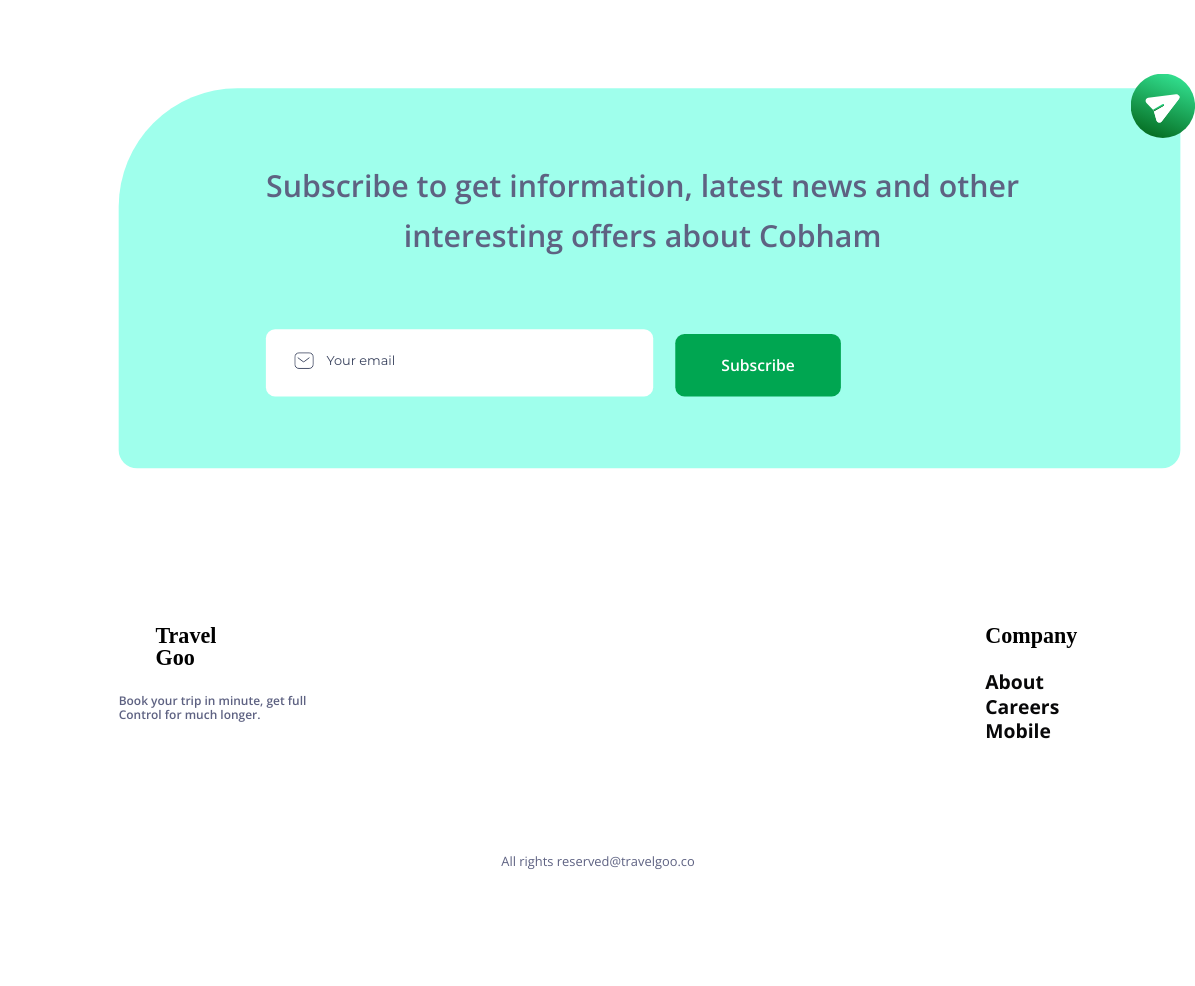
Repository: HeybetzadeQedim/task-5
Page: index.html
These files come from the project's save history. The page is drawn as it stood at one moment and after a run of saves; the edit follows.
The browser window is 1280 px wide. The page is 1299 px wide, so the pictures cover 1299 px, including what lies to the right of the window. The pictures show the whole page, at 92% of full size.
Some web fonts or font styles are not loaded; a fallback is used.

Above is the page before, as saved 2023-10-16 15:59:48.

After the next 2 saves:
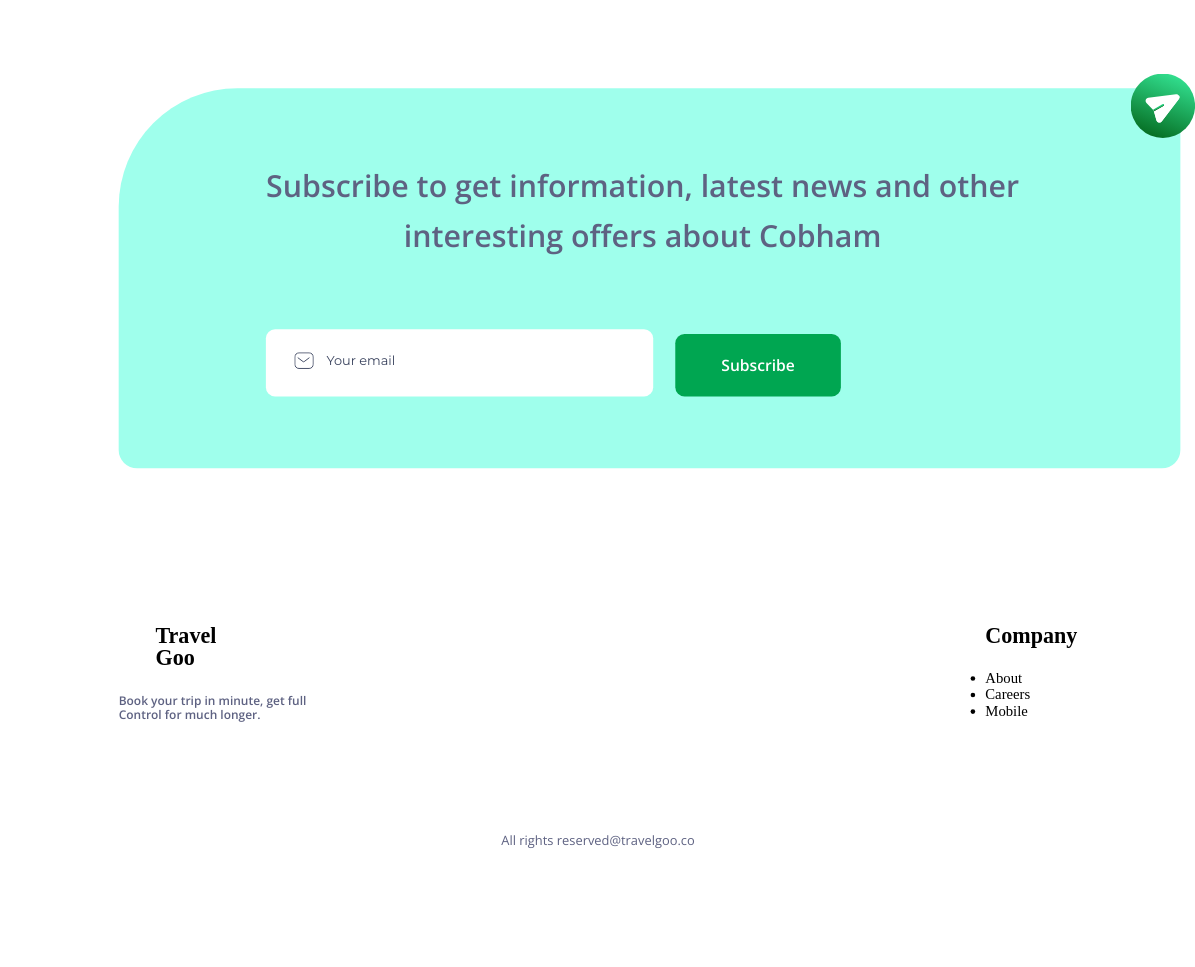
The 2 saves are shown as one change because they came seconds apart.
The last was saved 12 s later.
--- a/index.html
+++ b/index.html
@@ -43,14 +43,14 @@
             </p>
           </div>
 
-          <div class="li-container">
+
             <ul>
                 <h2>Company</h2>
               <li>About</li>
               <li>Careers</li>
               <li>Mobile</li>
             </ul>
-          </div>
+
           <!-- <div class="li-container-2">
             <ul>
               <li>About</li>
